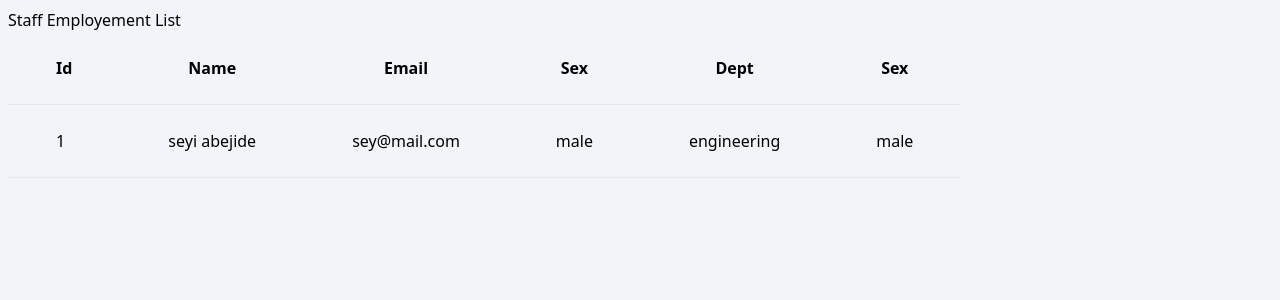
Repository: Semanmernstack/crud
Page: /
These files come from the project's save history. The page is drawn as it stood at one moment and after the next save; the edit follows.
The browser window is 1280 px wide. The pictures show the whole page.
The project was rebuilt for these pictures with package versions that can differ from the ones it lists, and the page was loaded fresh each time. Requests to the local data server were answered from the project's data file. Also part of the build but not shown: src/Details.js, src/Create.js, src/Edit.js.

Above is the page before, as saved 2022-12-24 00:21:31.

After the next save:
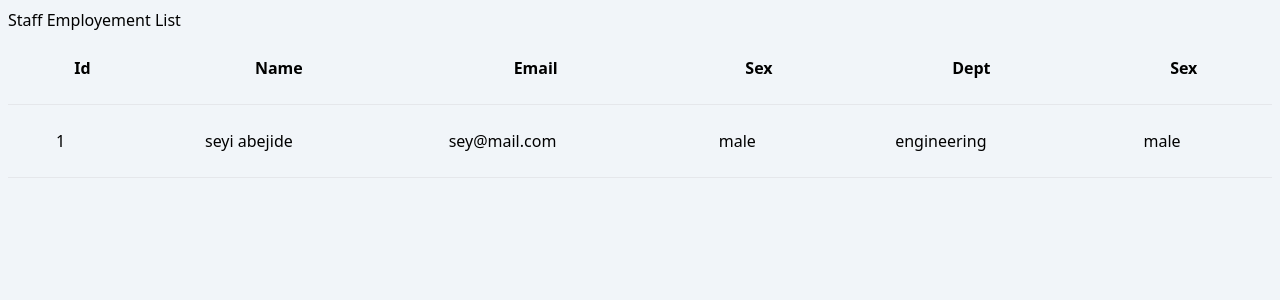
Saved 2 min 48 s later.
--- a/src/List.js
+++ b/src/List.js
@@ -20,7 +20,7 @@ function List() {
 
 
         <table className="  w-[100%]  border-1   " >
-            <div className="">
+
             <thead>
                 <tr className="border-b">
                     <th scope='col' className=" lg:py-6 lg:px-12 py-3 px-6">Id</th>
@@ -43,7 +43,7 @@ function List() {
                     <td className=" lg:py-6 lg:px-12 py-3 px-6">male</td>
                 </tr>
             </tbody>
-            </div>
+
         </table>
 
 
